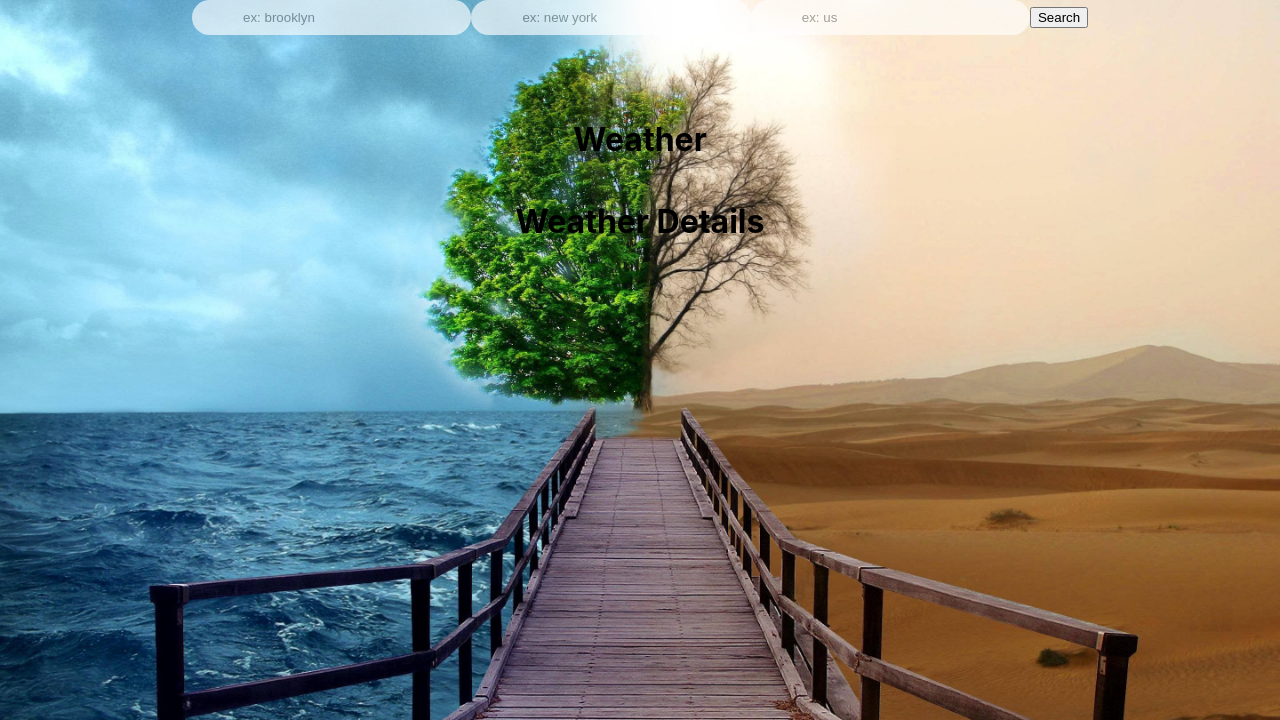
Repository: Mohsin231/Weather_App
Page: /
The author's editor kept a copy of each file at every save. The page is drawn from the files as they stood at one save, then again after the next save.
The browser window is 1280 px wide. The pictures show the whole page.
The project was rebuilt for these pictures with package versions that can differ from the ones it lists, and the page was loaded fresh each time.

Above is the page before, as saved 2021-01-25 04:22:16.

### src/App.js
import React, { useState } from 'react'
import Weather from './Components/Weather'
import WeatherDetails from './Components/WeatherDetails'
import SearchForm from './Components/SearchForm'
import { Route } from 'react-router-dom';
import './App.css';


function App() {

  const [data, setData] = useState({
    city:"",
    state:"",
    country:""
  })

  const [weatherData, setWeatherData] = useState(null);

  const [weatherDetails, setWeatherDetails] = useState(null);



  function handleChange(event) {
    setData({...data, [event.target.id]:event.target.value})
    console.log(data)

    }



  return (
    <>

    <div className="App">
      <SearchForm
      handleChange={handleChange}
      data={data}
      setData={setData}
      setWeatherData={setWeatherData}
      setWeatherDetails={setWeatherDetails}
      />

<Route path="/" exact component={() => <Weather data={data} setData={setData} weatherData={weatherData}  />} />
<Route path="/" exact component={() => <WeatherDetails data={data} setData={setData} weatherDetails={weatherDetails} />} />




    </div>
    </>

  );
}

export default App;

### src/Components/Weather.js
import React, { useState, useEffect } from "react";
import WeatherDetails from "../Components/WeatherDetails";
import '../Weather.css';


const Weather = ({ data, setData, weatherData }) => {
  const [action, setAction] = useState("");

  return (
      <div className="main">
        <h1>Weather</h1>

        {weatherData &&
        (
          <div className="city-container">

            <div className="city">
            <h2 className="city-name">
              <span>{weatherData.name}, {weatherData.sys.country}</span>
            </h2>

            <div className="city-temp">
              {Math.round(weatherData.main.temp)}
              <sup>&deg;F</sup>
            </div>

            <div className="icon">
              <img className="city-icon" src={`https://openweathermap.org/img/wn/${weatherData.weather[0].icon}@2x.png`} alt={weatherData.weather[0].description} />
              <p>{weatherData.weather[0].description}</p>
            </div>
            </div>

            <button onClick = {() => {setAction("moreDetails")}} id="moreDetails">Show more details...</button>
            </div>


)
}
      {
        action === "moreDetails"
        &&
        <WeatherDetails/>
      }
      </div>

    );
}

export default Weather;
//extracts information



// {weatherData && (
//   <div className="city"
//   <h2 className="city">
//     <span>{weatherData.name}, {weatherData.sys.country}</span>
//   </h2>

// <div className="city-temp">
//   {Math.round(weatherData.main.temp)}
//   <sup>&deg;F</sup>
// </div>

// <div className="city-icon">
// <img className="weather-icon" src={`http://openweathermap.org/img/wn/${weatherData.weather[0].icon}@2x.png`} alt={weatherData.weather[0].description} />
// <p>{weatherData.weather[0].description}</p>
// </div>

// </div>

// )}

// </div>
// </>

### src/Components/WeatherDetails.js
import React, { useState, useEffect } from "react";
import '../WeatherDetails.css';

const WeatherDetails = ({data, setData, weatherDetails }) => {

  return (
    <div className="main">
      <h1>Weather Details</h1>

      {weatherDetails &&
      (
        <div className="moreInfo">
          <h2>Feels Like: {weatherDetails.main.feels_like}</h2>
          <h2>Min: {weatherDetails.main.temp_min}, Max:{weatherDetails.main.temp_max}</h2>
          <h2>Humidity: {weatherDetails.main.humidity}</h2>
          <h2>Wind Speed: {weatherDetails.wind.speed}</h2>
          </div>

)
}

    </div>

  );
}

export default WeatherDetails;
//displays details of weather

### src/Components/SearchForm.js
import React, {useEffect} from 'react';
import '../SearchForm.css';
//search


  // Destructure props object
  function SearchForm({handleChange, data, setData, setWeatherData, setWeatherDetails }) {


    const getData = () => {

      let url = `http://api.openweathermap.org/data/2.5/weather?q=${data.city},${data.state},${data.country}&units=imperial&appid=${process.env.REACT_APP_ONEDAY}`

    fetch(url)
      .then(res => res.json())
      .then(res => {
        console.log(res)
        setWeatherData(res);
        setWeatherDetails(res)
      })
      .catch(err => {
        console.error(err);
      });}

  function handleSubmit(event) {
    event.preventDefault();
    getData();
  }

    return (
      <form onSubmit={handleSubmit} className="searchForm">
        <input
          className="search"
          id="city"
          placeholder="ex: brooklyn"
          type="text"
          name="searchString"
          required
          onChange={handleChange}
          value={data.city}
        />
        <input
        className="search"
          id="state"
          placeholder="ex: new york"
          type="text"
          name="searchString"
          required
          onChange={handleChange}
          value={data.state}
        />
        <input
        className="search"
          id="country"
          placeholder="ex: us"
          type="text"
          name="searchString"
          required
          onChange={handleChange}
          value={data.country}
        />
        <button className="button">Search</button>
      </form>
    );
  }
  export default SearchForm;

### src/App.css
.App {
  text-align: center;

}

body {
  background: url("./images/weatherBackground.jpg");
  background-size: cover;
  background-repeat: no-repeat;
}

### src/Weather.css

.main {
    height: 100%;
    display: flex;
    justify-content: center;
    align-items: center;
    flex-direction: column;
  }

  .city {
    padding: 40px, 40px, 60px, 60px;
    border-radius: 25px;
    background: rgba(235, 230, 230, 0.85);
}

#moreDetails {
    margin-top: 100px;
}

### src/WeatherDetails.css
.more-info {
    padding: 40px, 40px, 60px, 60px;
    border-radius: 25px;
    background: rgba(235, 230, 230, 0.85);

}
.main {
    height: 100%;
    display: flex;
    justify-content: center;
    align-items: center;
    flex-direction: column;
  }

### src/SearchForm.css
.search {
    outline: none;
    padding: 10px 4%;
    border-radius: 20px;
    border: none;
    margin-bottom: 5%;
    opacity: 0.65;
}

Loaded but not shown: public/index.html (common file); src/index.js (common file); src/index.css (common file); src/reportWebVitals.js (common file)

After the next save:
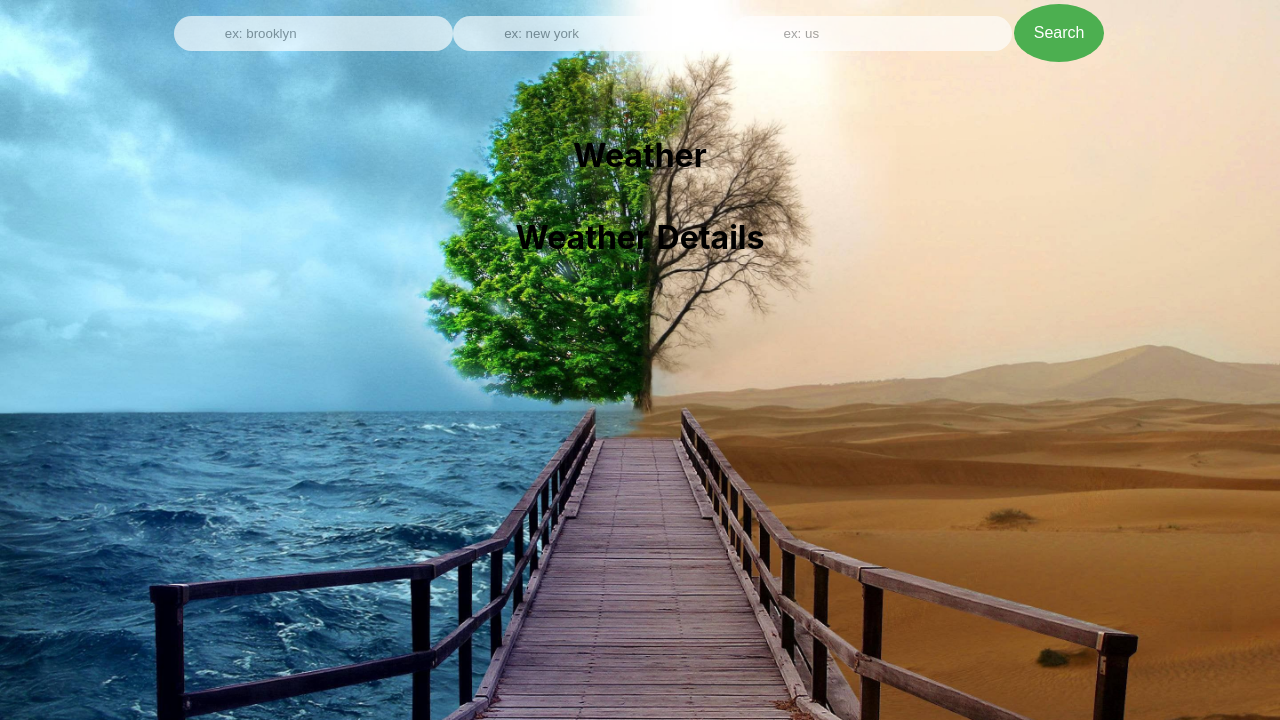
Saved 35 s later.
--- a/src/SearchForm.css
+++ b/src/SearchForm.css
@@ -6,3 +6,15 @@
     margin-bottom: 5%;
     opacity: 0.65;
 }
+.button {
+    background-color: #4CAF50;
+    border: none;
+    color: white;
+    padding: 20px;
+    text-align: center;
+    text-decoration: none;
+    display: inline-block;
+    font-size: 16px;
+    margin: 4px 2px;
+    border-radius: 50%;
+  }
